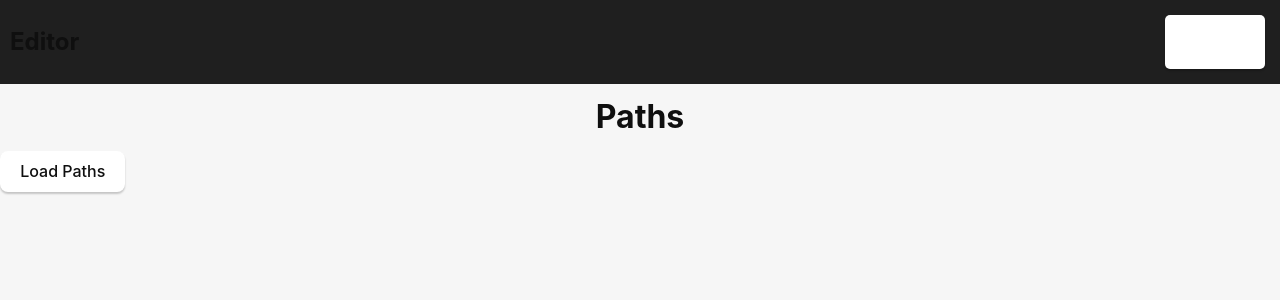
Repository: toasted226/visual-scripting-js
Page: /
These files come from the project's save history. The page is drawn as it stood at one moment and after the next save; the edit follows.
The browser window is 1280 px wide. The pictures show the whole page.
The project was rebuilt for these pictures with package versions that can differ from the ones it lists, and the page was loaded fresh each time. Also part of the build but not shown: vite.config.ts.

Above is the page before, as saved 2023-06-12 18:45:15.

After the next save:
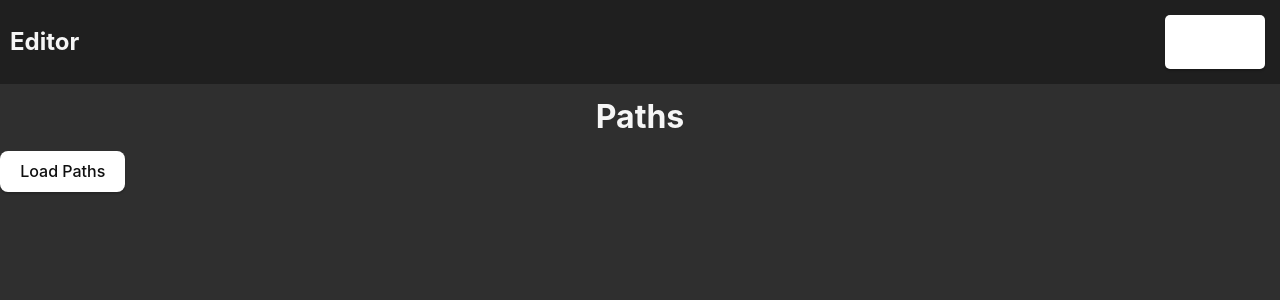
Saved 6 min 52 s later.
--- a/src/styles.css
+++ b/src/styles.css
@@ -7,8 +7,8 @@
     line-height: 24px;
     font-weight: 400;
 
-    color: #0f0f0f;
-    background-color: #f6f6f6;
+    color: #f6f6f6;
+        background-color: #2f2f2f;
 
     font-synthesis: none;
     text-rendering: optimizeLegibility;
@@ -97,10 +97,6 @@ button {
         background-color: #2f2f2f;
     }
 
-    a:hover {
-        color: #24c8db;
-    }
-
     input,
     button {
         color: #ffffff;
